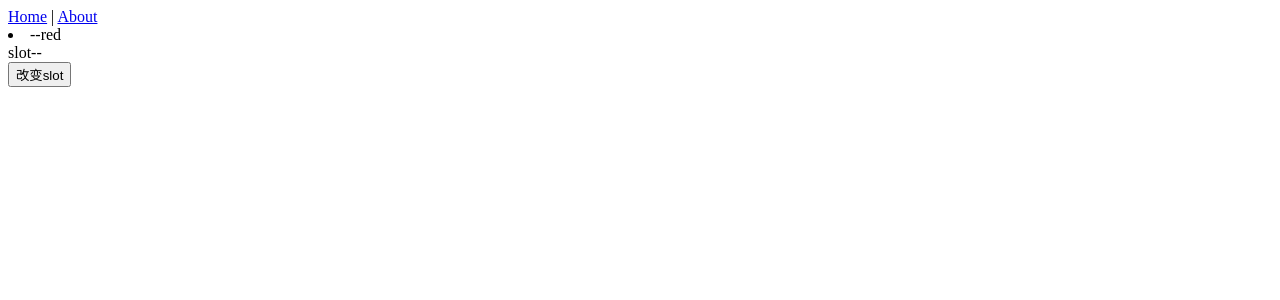
Repository: 572031690/newvue
Page: / (app in newdemo/)
An editor plug-in stored every save of this project. The page is shown before and after the next save, followed by the edit.
The browser window is 1280 px wide. The pictures show the whole page.
The project was rebuilt for these pictures with package versions that can differ from the ones it lists, and the page was loaded fresh each time. Also part of the build but not shown: newdemo/vue.config.js.

Above is the page before, as saved 2021-07-30 18:37:47.

### newdemo/src/App.vue
<template>
  <div id="app">
    <div id="nav">
      <router-link to="/">Home</router-link> |
      <router-link to="/about">About</router-link>
    </div>
    <router-view/>
  </div>
</template>

<style>

</style>

### newdemo/src/views/Home.vue
<template>
  <div class="home">
    <HelloWorld :color="dataColor">
      <div slot="app" slot-scope="user">slot--{{user.data}}</div>
    </HelloWorld>
  </div>
</template>

<script>
// @ is an alias to /src
import HelloWorld from '@/components/HelloWorld.vue'

export default {
  name: 'Home',
  components: {
    HelloWorld
  },
  data(){
    return {
      dataColor:'red',
      p:'123',
    slotName:'dddddd'

    }
  },
  mounted () {
    console.log(p);
  }
}
</script>

### newdemo/src/components/HelloWorld.vue
<template>
  <div class="hello">
    <li>
        --{{$attrs.color}}
        <slot name="app" :data="data"></slot>
        <button @click="changeSlot">改变slot</button>
    </li>
  </div>
</template>

<script>
export default {
  name: 'HelloWorld',
  props: {
    msg: String,
    slotName:'dddddd',
    data: ['zhangsan','lisi','wanwu','zhaoliu','tianqi','xiaoba']
  },
  methods: {
    changeSlot() {console.log('123');}

  }
}
</script>

<style scoped>

</style>

Loaded but not shown: newdemo/public/index.html (common file); newdemo/src/main.js (common file); newdemo/src/router/index.js (common file); newdemo/src/store/index.js (common file)

After the next save:
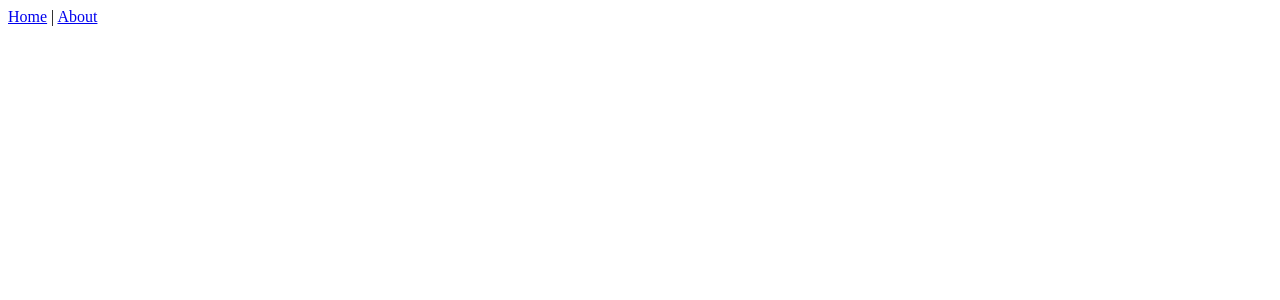
Saved 17 s later.
--- a/newdemo/src/views/Home.vue
+++ b/newdemo/src/views/Home.vue
@@ -1,7 +1,7 @@
 <template>
   <div class="home">
-    <HelloWorld :color="dataColor">
-      <div slot="app" slot-scope="user">slot--{{user.data}}</div>
+    <HelloWorld :color="dataColor" slot-scope="user">
+      <div slot="app" >slot--{{user.data}}</div>
     </HelloWorld>
   </div>
 </template>

After the save that followed:
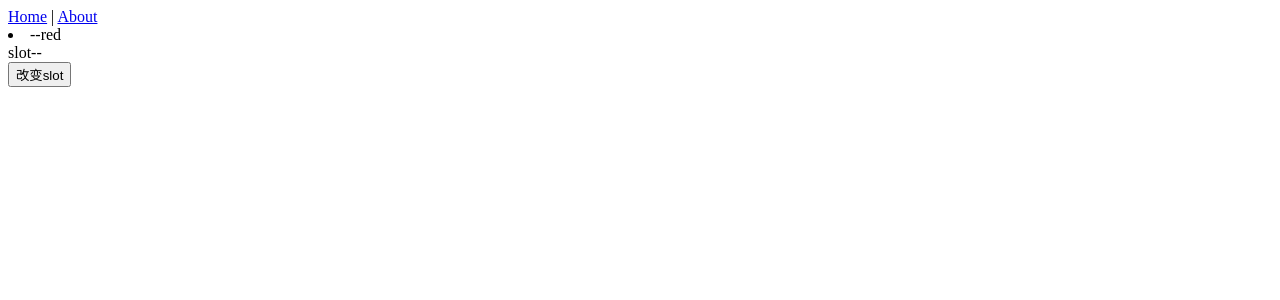
Saved 6 s later.
--- a/newdemo/src/views/Home.vue
+++ b/newdemo/src/views/Home.vue
@@ -1,7 +1,7 @@
 <template>
   <div class="home">
-    <HelloWorld :color="dataColor" slot-scope="user">
-      <div slot="app" >slot--{{user.data}}</div>
+    <HelloWorld :color="dataColor">
+      <div slot="app" slot-scope="user">slot--{{user.data}}</div>
     </HelloWorld>
   </div>
 </template>
